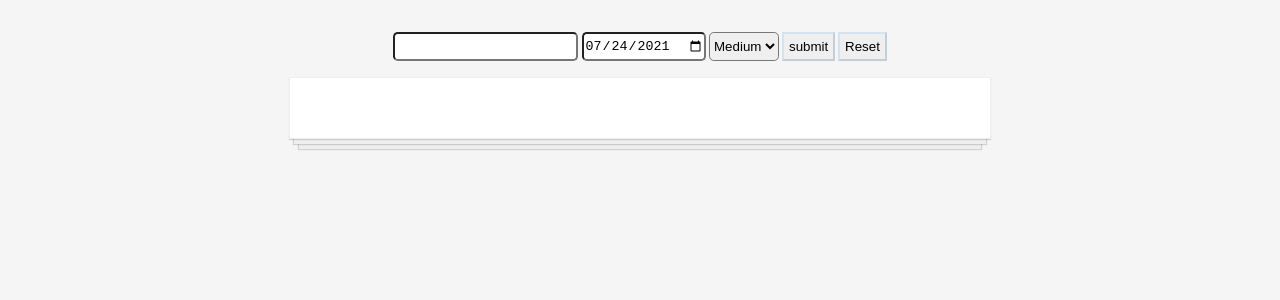
Repository: 0101chaitanya/react-todo
Page: /
These files come from the project's save history. The page is drawn as it stood at one moment and after a run of saves; the edit follows.
The browser window is 1280 px wide. The pictures show the whole page.
The project was rebuilt for these pictures with package versions that can differ from the ones it lists, and the page was loaded fresh each time. Also part of the build but not shown: src/components/TodoItem.js.

Above is the page before, as saved 2021-07-24 16:39:38.

After the next 3 saves:
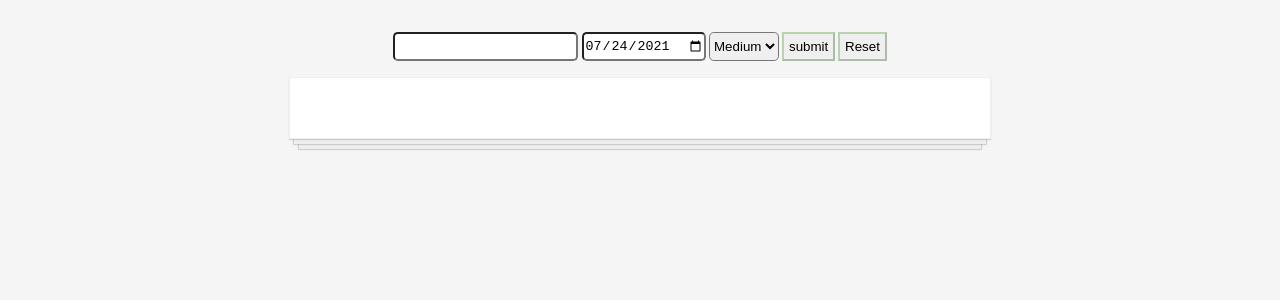
The 3 saves are shown as one change because they came seconds apart.
The last was saved 8 s later.
--- a/src/App.css
+++ b/src/App.css
@@ -58,5 +58,5 @@ button,
 input[type="submit"],
 input[type="reset"] {
   padding: 0.3rem;
-  border-color: rgba(150, 202, 248, 0.301);
+  border-color: rgba(59, 151, 31, 0.301);
 }
